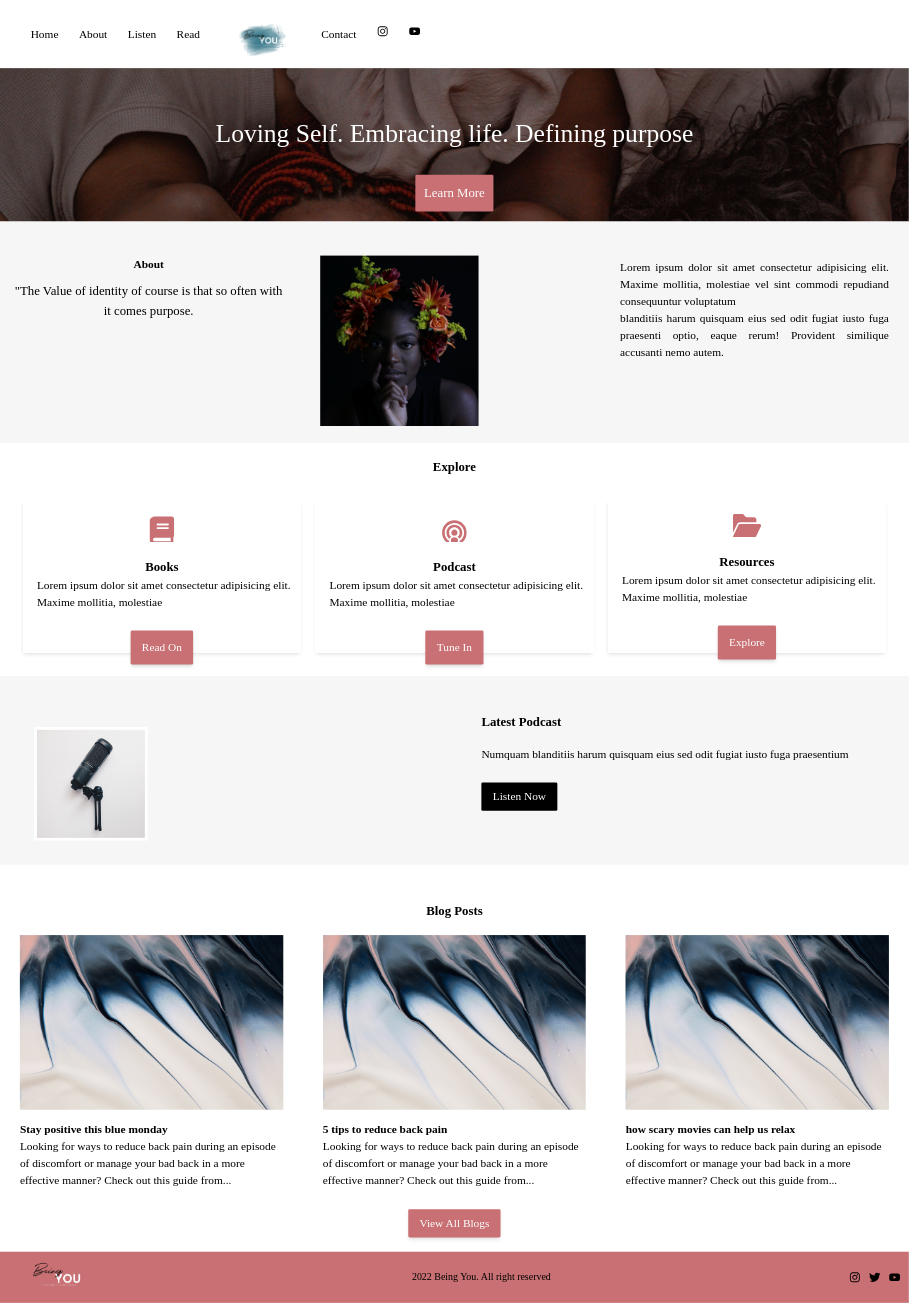
Repository: BrightonMboya/being-you
Page: /
The author's editor kept a copy of each file at every save. The page is drawn from the files as they stood at one save, then again after the next save.
The browser window is 1280 px wide. The pictures show the whole page, at 71% of full size.
The project was rebuilt for these pictures with package versions that can differ from the ones it lists, and the page was loaded fresh each time.

Above is the page before, as saved 2022-05-29 11:43:29.

After the next save:
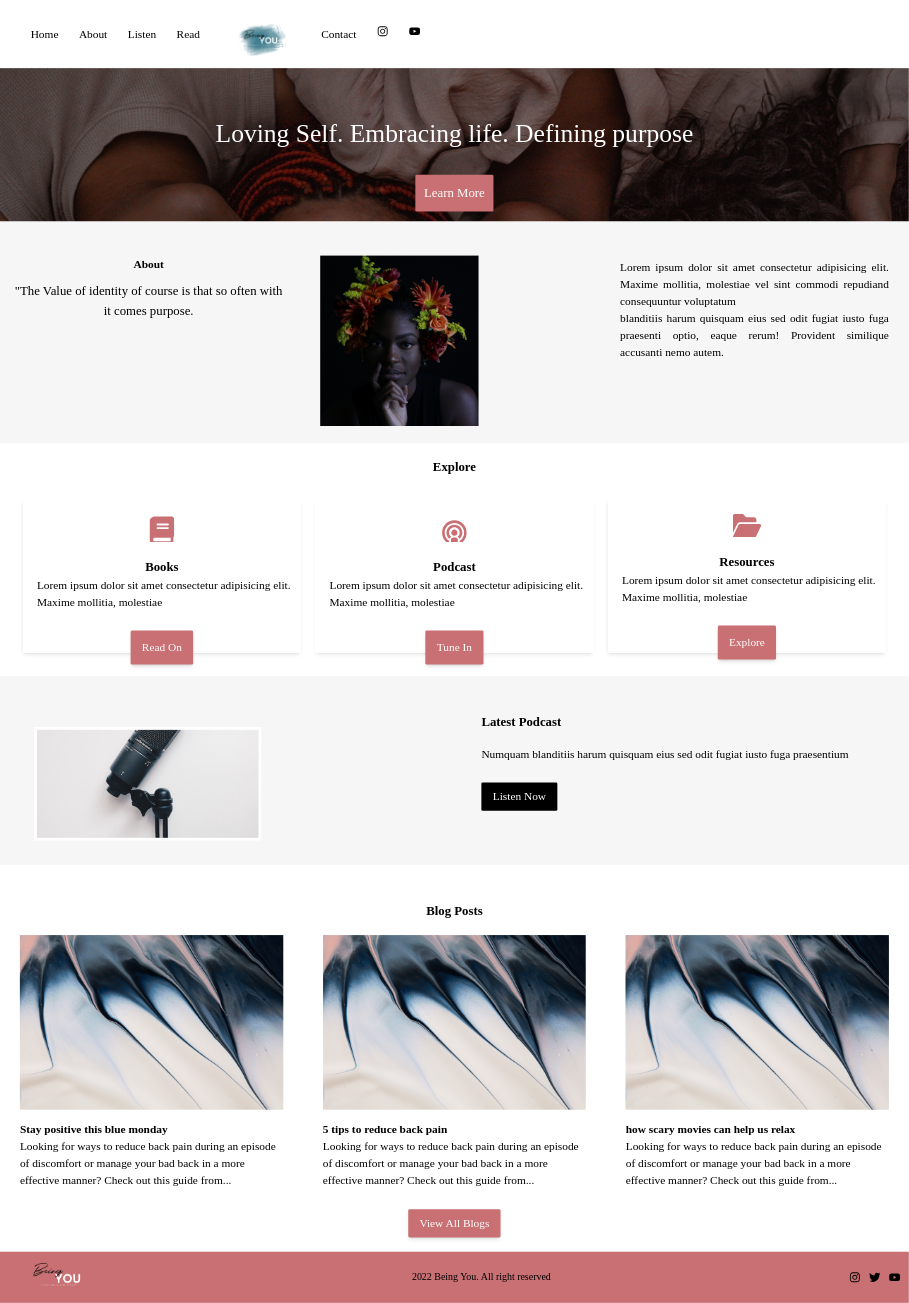
Saved 5 s later.
--- a/src/Components/Podcast/Podcast.jsx
+++ b/src/Components/Podcast/Podcast.jsx
@@ -8,7 +8,7 @@ const Podcast = () => {
         <img
           src={mic}
           alt=""
-          className="h-40 w-15 object-cover  mt-[10vh] border-4 border-white md:h-75 w-70 mt-12 ml-12"
+          className="h-40 w-15 object-cover  mt-[10vh] border-4 border-white md:h-75 w-80 mt-12 ml-12"
         />
         <div className="mt-[7vh] ml-7">
           <h3 className="font-semibold md:text-lg">Latest Podcast</h3>
